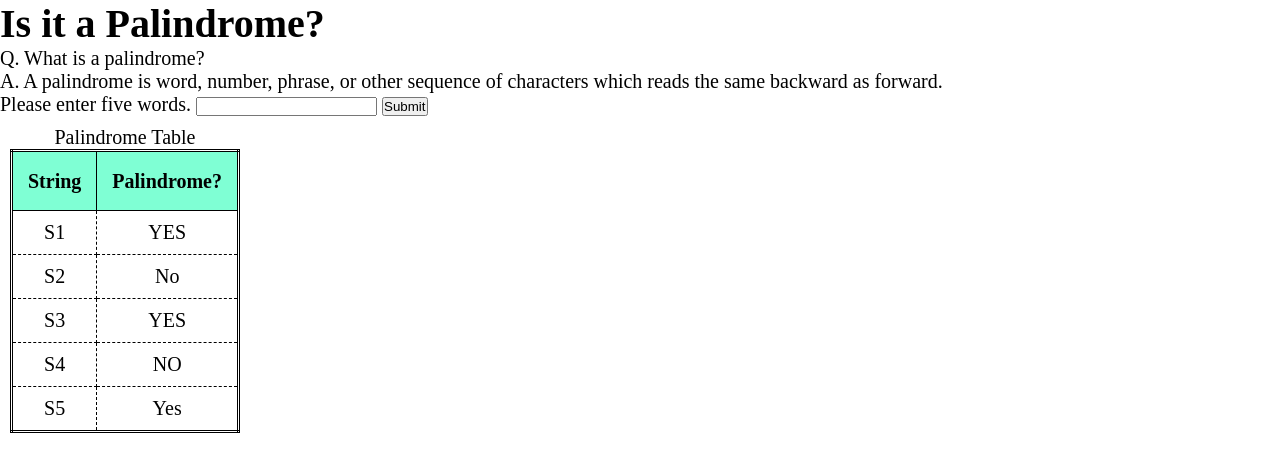
Repository: mlmEFSC21/P18-Palindrome-Table
Page: palindrome.html
An editor plug-in stored every save of this project. The page is shown before and after the next save, followed by the edit.
The browser window is 1280 px wide. The pictures show the whole page.

Above is the page before, as saved 2022-04-03 17:42:45.

### palindrome.html
<!DOCTYPE html>
<html lang="en">
    <head>
        <meta charset="UTF-8" />
        <meta http-equiv="X-UA-Compatible" content="IE=edge" />
        <meta name="viewport" content="width=device-width, initial-scale=1.0" />
        <link rel="stylesheet" href="palindrome.css" />
        <script defer src="palindrome.js"></script>
        <title>Palindrome Table</title>
    </head>
    <body>
        <header class="mainHeader">
            <h1>Is it a Palindrome?</h1>
        </header>
        <div>
            <p>Q. What is a palindrome?</p>
            <p>
                A. A palindrome is word, number, phrase, or other sequence of characters which reads
                the same backward as forward.
            </p>
        </div>
        <div class="mainContent">
            <div class="formContainer" id="formContainer">
                <form class="palindromeForm" id="palindromeForm">
                    <label for="stringInput">Please enter five words.</label>
                    <input
                        type="text"
                        name="stringInput"
                        class="stringInput"
                        id="stringInput"
                        required
                    />
                    <button type="submit" class="submit-btn" id="submit-btn">Submit</button>
                </form>
            </div>
            <div class="tableContainer" id="tableContainer">
                <table>
                    <caption>
                        Palindrome Table
                    </caption>
                    <thead>
                        <tr>
                            <th>String</th>
                            <th>Palindrome?</th>
                        </tr>
                    </thead>
                    <tbody>
                        <tr>
                            <td class="string">S1</td>
                            <td class="yes-no">YES</td>
                        </tr>
                        <tr>
                            <td class="string">S2</td>
                            <td class="yes-no">No</td>
                        </tr>
                        <tr>
                            <td class="string">S3</td>
                            <td class="yes-no">YES</td>
                        </tr>
                        <tr>
                            <td class="string">S4</td>
                            <td class="yes-no">NO</td>
                        </tr>
                        <tr>
                            <td class="string">S5</td>
                            <td class="yes-no">Yes</td>
                        </tr>
                    </tbody>
                </table>
            </div>
        </div>
    </body>
</html>

### palindrome.css
*,
*::after,
*::before {
    box-sizing: border-box;
    margin: 0;
    padding: 0;
}
body {
    font-size: 1.25rem;
}
table {
    border-collapse: collapse;
    border: 3px double black;
    margin: 10px;
    padding: 10px;
    width: 200px;
    text-align: center;
}
th {
    background-color: aquamarine;
    height: 60px;
    border: 1px solid black;
    padding: 15px;
}
tr,
td {
    height: 30px;
    border: 1px dashed black;
    padding: 10px;
}

Loaded but not shown: palindrome.js (no stored copy; drawn as an empty file)

After the next save:
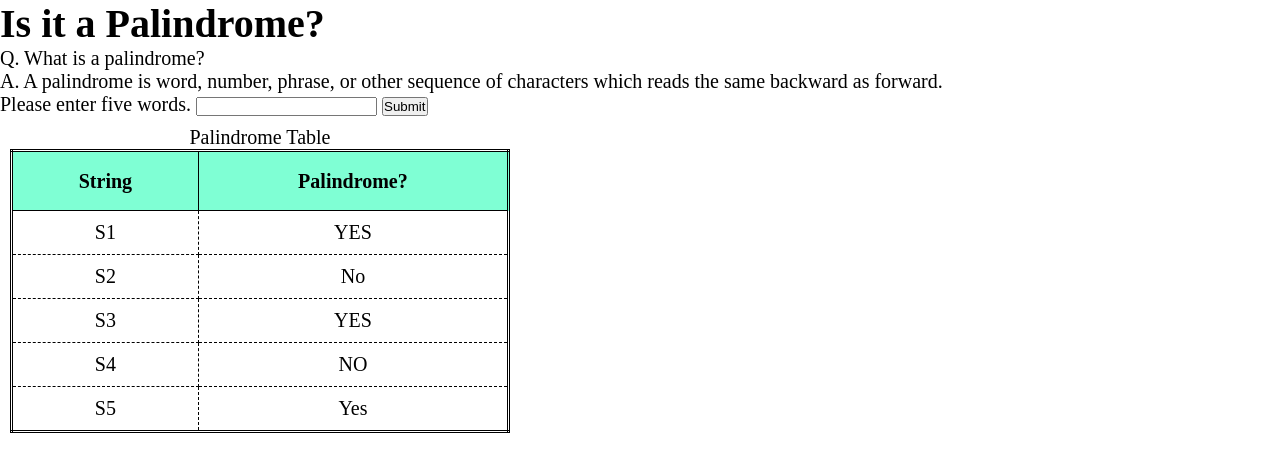
Saved 10 s later.
--- a/palindrome.css
+++ b/palindrome.css
@@ -13,7 +13,7 @@ table {
     border: 3px double black;
     margin: 10px;
     padding: 10px;
-    width: 200px;
+    width: 500px;
     text-align: center;
 }
 th {
